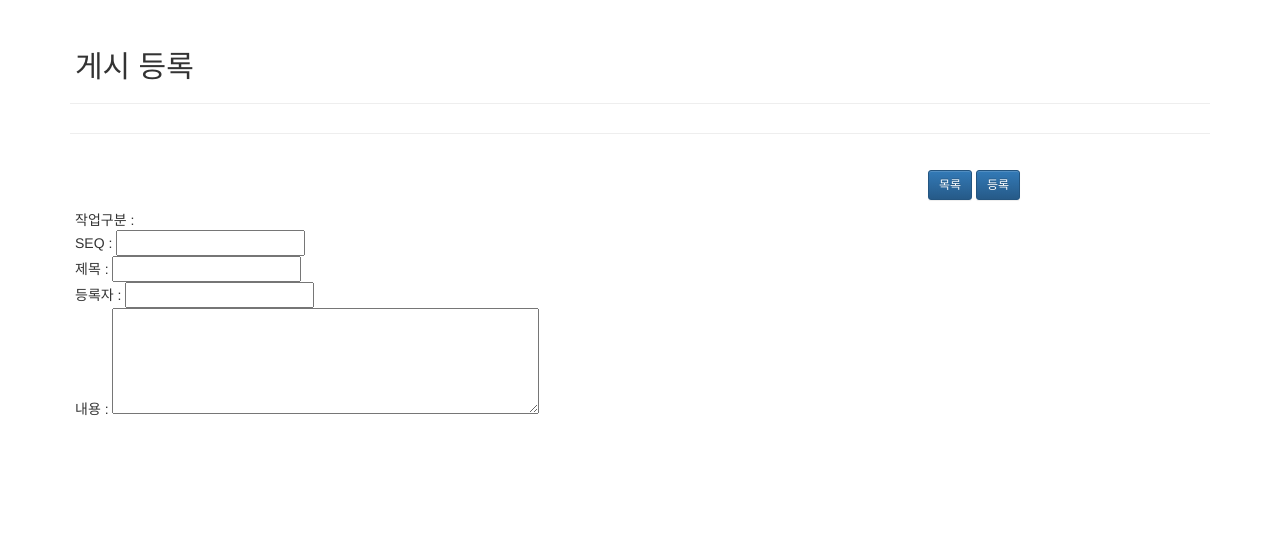
Repository: dongseon-git/WEB_JSP
Page: http://localhost/studyhtml5/board/board_reg.jsp
An editor plug-in stored every save of this project. The page is shown before and after the next save, followed by the edit.
The browser window is 1280 px wide. The pictures show the whole page.
The page is served by Tomcat 9. Nobody is signed in. The application's start-up code is not run. Other server files are loaded and not shown.

Above is the page before, as saved 2022-05-24 05:42:18.

### workspace/studyhtml5/WebContent/board/board_reg.jsp
<%@ page language="java" contentType="text/html; charset=UTF-8"
    pageEncoding="UTF-8"%>
    <!-- JSTL Core -->
<%@ taglib prefix="c" uri="http://java.sun.com/jsp/jstl/core" %>
<%@ taglib prefix="fmt" uri="http://java.sun.com/jsp/jstl/fmt"%>
<%@ taglib prefix="fn" uri="http://java.sun.com/jsp/jstl/functions" %>
    <%@include file = "/com/common.jsp" %>
    <%
    LOG.debug("contPath:" +contPath);
    %>
<!DOCTYPE html>
<html>
<head>
<meta name="viewport" content="width=device-width,initial-scale=1.0">
<meta charset="UTF-8">
<link rel="shortcut icon" type="image/x-icon" href="<%=contPath %>/favicon.ico">

<!--reset 스타일 시트 -->
<link rel="stylesheet" type="text/css" href="<%=contPath %>/asset/css/reset.css" >
<link rel="stylesheet"  type="text/css" href="<%=contPath %>/asset/css/jQuery-ui.css">
<link rel="stylesheet" href="https://maxcdn.bootstrapcdn.com/bootstrap/3.3.2/css/bootstrap.min.css">
<!-- 부가적인 테마 -->
<link rel="stylesheet" href="https://maxcdn.bootstrapcdn.com/bootstrap/3.3.2/css/bootstrap-theme.min.css">
<link rel="stylesheet"  type="text/css" href="<%=contPath %>/asset/css/jQuery-ui.css">
<!--스타일 시트 -->
<style type="text/css">
</style>
<title>Insert title here</title>
<!-- jquery -->
<script type="text/javascript" src="<%=contPath %>/asset/js/jquery-1.12.4.js"></script>
<!-- jQuery UI -->
<script type="text/javascript" src="<%=contPath %>/asset/js/jQuery-ui.js"></script>
<script src="https://maxcdn.bootstrapcdn.com/bootstrap/3.3.2/js/bootstrap.min.js"></script>
<script type="text/javascript" src="<%=contPath %>/asset/js/common.js"></script>
</head>
<body>
<div class="container">
    <!-- 제목  -->
    <div class="page-header">
<h2>게시 등록</h2>
<hr/>
 </div>
  <!-- 버튼 -->
    <div class="row text-right">
      <label class="col-sm-3 col-md-2 col-lg-2"></label>
      <div class="col-sm-9 col-md-10 col-lg-10">
      <input type="button" class="btn btn-primary btn-sm" value="목록" onclick="goList();"/>
        <input type="button" class="btn btn-primary btn-sm" value="등록" onclick="doSave();"/>


      </div>
    </div>
    <!--// 버튼  ---------------------------------------------------------------->
     <!-- form -->
    <form action="<%=contPath %>/board/board.do" name="boardFrm" id="boardFrm" class="form-horizontal">
         작업구분 : <input type="hidden" name="work_div" id="work_div" value="doSave"><br>
      SEQ : <input type="text" name="seq" id="seq"><br>
         제목 : <input type="text" name="title" id="title" maxlength="200"><br>
         등록자 : <input type="text" name="reg_id" id="reg_id"><br>
         내용 : <textarea rows="5" cols="50" name="contents" id="contents"></textarea><br>
    </form>
     <!--// form  -------------------------------------------------------------->
     </div>
      <!--// div container -------------------------------------------------------->
    <script type="text/javascript">
$(document).ready(function(){
    console.log(`document ready`);
});
function doSave(){
    console.log(`doSave()`);
    let frm = document.getElementById("boardFrm");

    let seq = $('#seq').val();
    if(null === seq || seq.trim().length == 0){
        $('#seq').focus();
        alert('순번을 입력하세요.');
        return false;
    }
    //제목
    let title = frm.title.value;
    console.log('title:'+title);
    if(null ===title || title.trim().length==0){
    $('#title').focus();
    alert('제목을 입력하세요.');
    return false;
    }
    let regId = $('#reg_id').val();
    if(null === regId || regId.trim().length == 0){
    	$('#reg_id').focus();
    	alert('등록자 id를 입력하세요.');
    	return;
    }
    let contents = $('#contents').val();
    if(null === contents || contents.trim().length == 0){
        $('#contents').focus();
        alert('내용을 입력하세요.');
        return;
    }
    if(false == confirm('저장하시겠습니까?'))return;
    //javascript form submit
    //frm.submit();
    //ajax
    $.ajax({
        type: "POST",
        url:"/studyhtml5/board/board.do",
        asyn:"true",
        dataType:"html",
        data:{
        	//변수:
            work_div:$('#work_div').val(),
            seq:seq,
            title:title,
            reg_id:regId,
            contents:contents

        },
        success:function(data){//통신 성공
            //console.log("success data:"+data);
            //문자열
        // 문자열 ->json 으로 변환
        const jsonObj = JSON.parse(data);
        console.log('jsonObj:'+ jsonObj.messageId);
        console.log('msgContents:'+jsonObj.msgContents);

        const listURLTest = "<%=contPath%>/studyhtml5/board/board_list.jsp";
        console.log('listURLTest:'+listURLTest);
        if(null !=jsonObj && jsonObj.messageId=='1'){//등록 성공
            alert(jsonObj.msgContents);
            //board_list.jsp 이동
            //javascript 코드 내에서도 자바코드
        	const listURL = "/studyhtml5/board/board.do?work_div=doRetrieve";
        	window.location.href = listURL;
        }else{//등록실패
        	alert(jsonObj.msgContents);
        }

        },
        error:function(data){//실패시 처리
            console.log("error:"+data);
        }
    });
}
</script>
</body>
</html>

### workspace/studyhtml5/WebContent/com/common.jsp
<%@page import="org.apache.log4j.Logger"%>
<%@ page language="java" contentType="text/html; charset=UTF-8"
    pageEncoding="UTF-8"%>
<%
//context path
String contPath = request.getContextPath();
Logger LOG = Logger.getLogger(this.getClass());

//http 1.1에서 지원하는 헤더: 웹브라우저가 응답결과를 캐시하지 않음
response.setHeader("Cache-Control", "no-cache");

//웹브라우저가 응답결과를 캐시하지 않음(앞/뒤로 가기 no-cache)
response.setHeader("Cache-Control","no-store");

//http 1.0에서 지원하는 헤더: 웹 브라우저가 응답결과를 캐시하지 않음
response.setHeader("Pragma","no-cache");

//http 1.0에서 현재시간 이전으로 캐시하지 않음
response.setHeader("Expires","1L");
%>

### workspace/studyhtml5/WebContent/asset/css/reset.css
@charset "UTF-8";
/* http://meyerweb.com/eric/tools/css/reset/
   v2.0 | 20110126
   License: none (public domain)
*/

html, body, div, span, object, iframe,
h1, h2, h3, h4, h5, h6, p, blockquote, pre,
a, abbr, acronym, address, big, cite, code,
del, dfn, em, img, ins, kbd, q, s, samp,
small, strike, strong, sub, sup, tt, var,
b, u, i, center,
dl, dt, dd, ol, ul, li,
fieldset, form, label, legend,
table, caption, tbody, tfoot, thead, tr, th, td,
article, aside, canvas, details, embed,
figure, figcaption, footer, header, hgroup,
menu, nav, output, ruby, section, summary,
time, mark, audio, video {
    margin: 5px;
    padding: 0;
    border: 0;
    font-size: 100%;
    font: inherit;
    vertical-align: baseline;
}
/* HTML5 display-role reset for older browsers */
article, aside, details, figcaption, figure,
footer, header, hgroup, menu, nav, section {
    display: block;
}
body {
    line-height: 1;
}
ol, ul {
    list-style: none;
}
blockquote, q {
    quotes: none;
}
blockquote:before, blockquote:after,
q:before, q:after {
    content: '';
    content: none;
}
table {
    border-collapse: collapse;
    border-spacing: 0;
}

### workspace/studyhtml5/WebContent/asset/js/common.js
'use strict';

let isEmpty = function(value){
    if(null == value || value == "" || "null" == value || value == undefined){
        return true;
    }else{
        return false;
    }
    }

Loaded but not shown: workspace/studyhtml5/WebContent/asset/css/jQuery-ui.css (library); workspace/studyhtml5/WebContent/asset/js/jquery-1.12.4.js (library); workspace/studyhtml5/WebContent/asset/js/jQuery-ui.js (library)

After the next save:
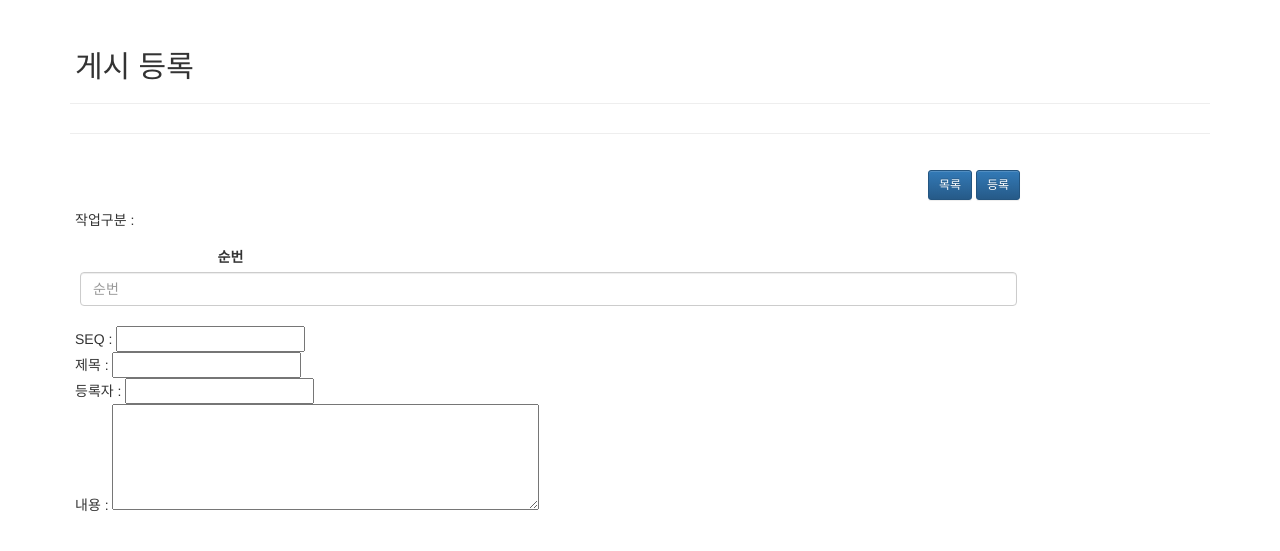
Saved 80 s later.
--- a/workspace/studyhtml5/WebContent/board/board_reg.jsp
+++ b/workspace/studyhtml5/WebContent/board/board_reg.jsp
@@ -54,6 +54,14 @@
      <!-- form -->
     <form action="<%=contPath %>/board/board.do" name="boardFrm" id="boardFrm" class="form-horizontal">
          작업구분 : <input type="hidden" name="work_div" id="work_div" value="doSave"><br>
+    <div class="form-group">
+   <label for="seq" class="col-sm-3 col-md-2 col-lg-2 control-label">순번</label>
+   <div class="col-sm-9 col-md-10 col-lg-10">
+     <input type="text" maxlength="100" name="seq" id="seq" placeholder="순번" class="form-control">
+   </div>
+ </div>
+
+
       SEQ : <input type="text" name="seq" id="seq"><br>
          제목 : <input type="text" name="title" id="title" maxlength="200"><br>
          등록자 : <input type="text" name="reg_id" id="reg_id"><br>
